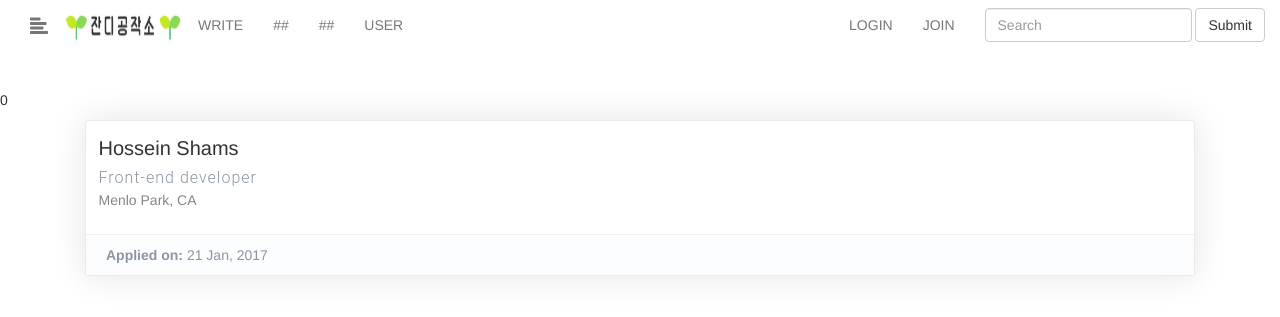
Repository: guddus326/Grass_Farm
Page: http://localhost/Grass_Farm/Search.jsp
The author's editor kept a copy of each file at every save. The page is drawn from the files as they stood at one save, then again after a run of saves.
The browser window is 1280 px wide. The pictures show the whole page.
The page is served by Tomcat 9. Queries for data that is not in the repository find no rows.

Above is the page before, as saved 2020-10-03 06:02:49.

After the next 2 saves:
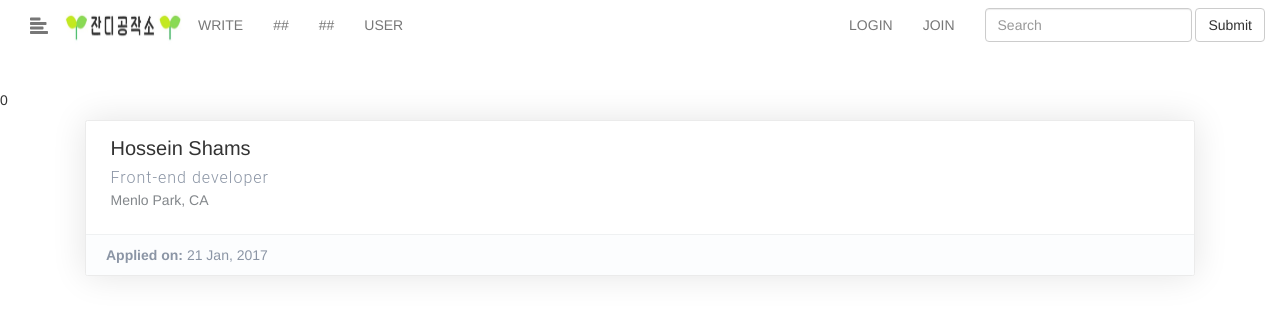
The 2 saves are shown as one change because they came seconds apart.
The last was saved 15 s later.
--- a/Grass_Farm/Grass_Farm/WebContent/Search.jsp
+++ b/Grass_Farm/Grass_Farm/WebContent/Search.jsp
@@ -294,7 +294,9 @@
 <div class="col-md-12">
     <div class="card b-1 hover-shadow mb-20">
         <div class="media card-body">
-
+            <div class="media-left pr-12">
+
+            </div>
             <div class="media-body">
                 <div class="mb-2">
                     <span class="fs-20 pr-16">Hossein Shams</span>

After the save that followed:
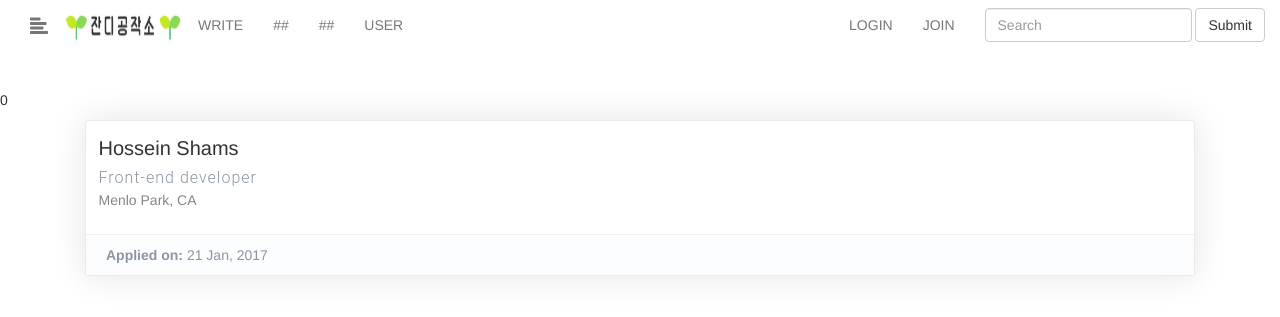
Saved 11 s later.
--- a/Grass_Farm/Grass_Farm/WebContent/Search.jsp
+++ b/Grass_Farm/Grass_Farm/WebContent/Search.jsp
@@ -294,9 +294,7 @@
 <div class="col-md-12">
     <div class="card b-1 hover-shadow mb-20">
         <div class="media card-body">
-            <div class="media-left pr-12">
-
-            </div>
+
             <div class="media-body">
                 <div class="mb-2">
                     <span class="fs-20 pr-16">Hossein Shams</span>
